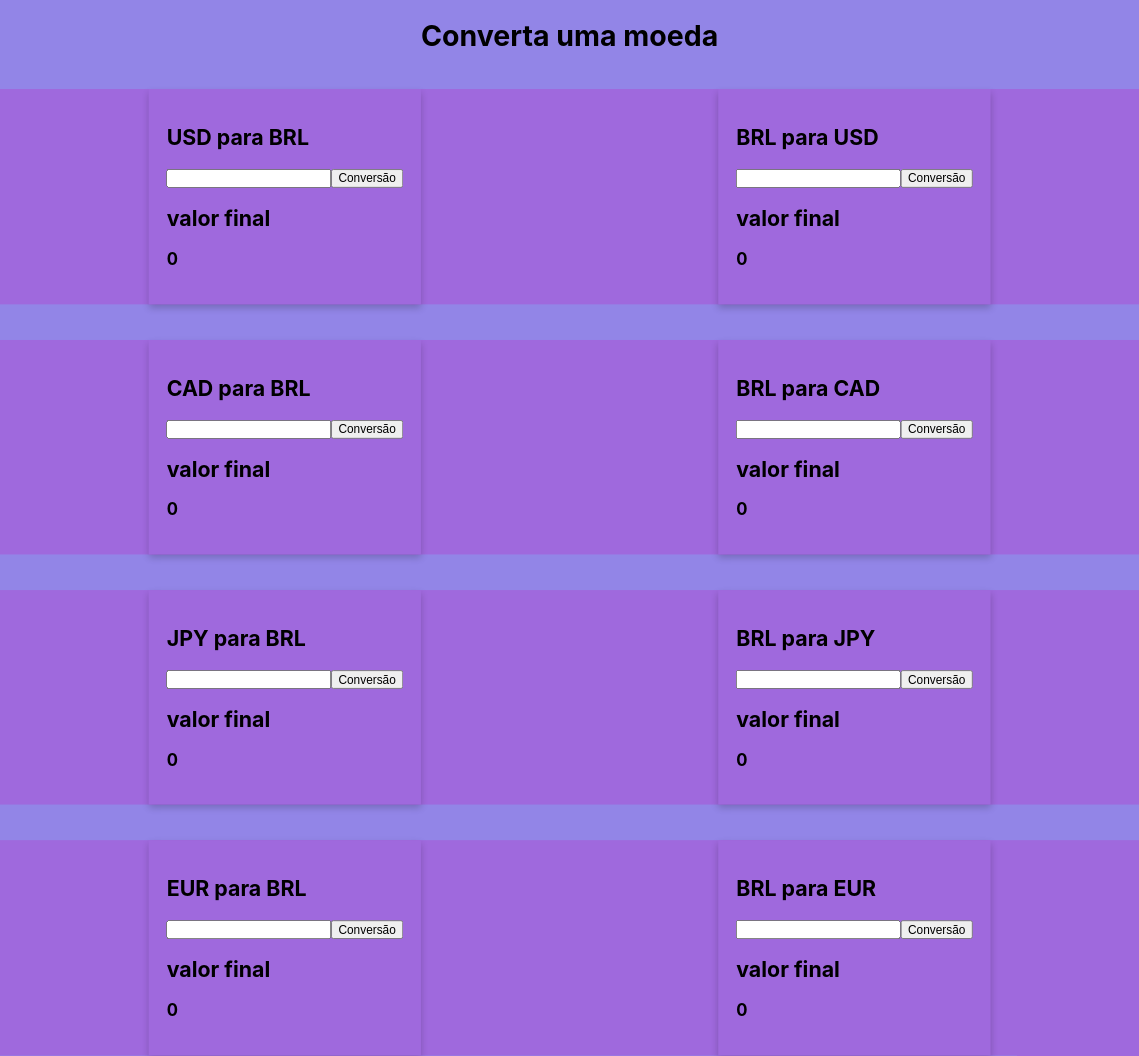
Repository: DeanLemosXD/Currency-converter
Page: /
These files come from the project's save history. The page is drawn as it stood at one moment and after the next save; the edit follows.
The browser window is 1280 px wide. The pictures show the whole page, at 89% of full size.
The project was rebuilt for these pictures with package versions that can differ from the ones it lists, and the page was loaded fresh each time.

Above is the page before, as saved 2021-10-19 18:26:42.

### src/index.css
body {
  margin: 0;
  font-family: -apple-system, BlinkMacSystemFont, 'Segoe UI', 'Roboto', 'Oxygen',
    'Ubuntu', 'Cantarell', 'Fira Sans', 'Droid Sans', 'Helvetica Neue',
    sans-serif;
  -webkit-font-smoothing: antialiased;
  -moz-osx-font-smoothing: grayscale;
  background-color:rgb(146, 133, 231)
}

code {
  font-family: source-code-pro, Menlo, Monaco, Consolas, 'Courier New',
    monospace;
}

### src/App.js
import './App.css';
import Conversor from './components/Conversor';

function App() {
  return (
    <div className="App">
      <h1>Converta uma moeda</h1>
      <div className="linha">
      <Conversor moedaA="USD" moedaB="BRL"></Conversor>
      <Conversor moedaA="BRL" moedaB="USD"></Conversor>
      </div>
      <div className="linha">
      <Conversor moedaA="CAD" moedaB="BRL"></Conversor>
      <Conversor moedaA="BRL" moedaB="CAD"></Conversor>
      </div>
      <div className="linha">
      <Conversor moedaA="JPY" moedaB="BRL"></Conversor>
      <Conversor moedaA="BRL" moedaB="JPY"></Conversor>
      </div>
      <div className="linha">
      <Conversor moedaA="EUR" moedaB="BRL"></Conversor>
      <Conversor moedaA="BRL" moedaB="EUR"></Conversor>
      </div>
    </div>
  );
}

export default App;

### src/App.css
.linha{
    display:flex;
    margin-top:  40px;
    justify-content: space-around;
    background-color:rgb(159, 105, 221)

}

h1{

    text-align: center;
}

.app{
    margin: auto;
    max-width: 900px;
}

### src/components/Conversor.js
import React, { Component } from 'react'
import './conversor.css'
export default class Conversor extends Component {

    // eslint-disable-next-line no-useless-constructor
    constructor(props){
        super(props);

        this.state = {
            moedaA_Valor:"",
            moedaB_Valor:0,

        }

        this.converter = this.converter.bind(this)
    }

    converter(){

        let de_para = `${this.props.moedaA}_${this.props.moedaB}`;
        let url = `http://free.currconv.com/api/v7/convert?q=${de_para}&compact=ultra&apiKey=0d7e32903cad9cf7460c`
        //console.log(url)
        fetch(url).then(res=>{
            return res.json()
        })
        .then(json=>{

            let cotacao = json[de_para];
            let moedaB_Valor = (parseFloat(this.state.moedaA_Valor) * cotacao).toFixed(2)
            this.setState({moedaB_Valor})
        })
    }
    render(){
        return (
            <div className="conversor">
                <h2>{this.props.moedaA} para {this.props.moedaB}</h2>
                <input type="text" onChange={(event)=>{this.setState({moedaA_Valor:event.target.value})}}></input>
                <input type="button" value="Conversão" onClick={this.converter}></input>
                <h2>valor final</h2>
                <h3>{this.state.moedaB_Valor}</h3>
            </div>
        )
    }
}

### src/components/conversor.css
.conversor{
        padding: 20px;
        max-width: 300px;
        box-shadow: 0 4px 8px 0 rgba(0, 0, 0, 0.2);
        background-color: rgb(159, 105, 221);
}

Loaded but not shown: public/index.html (common file); src/index.js (common file); src/reportWebVitals.js (common file)

After the next save:
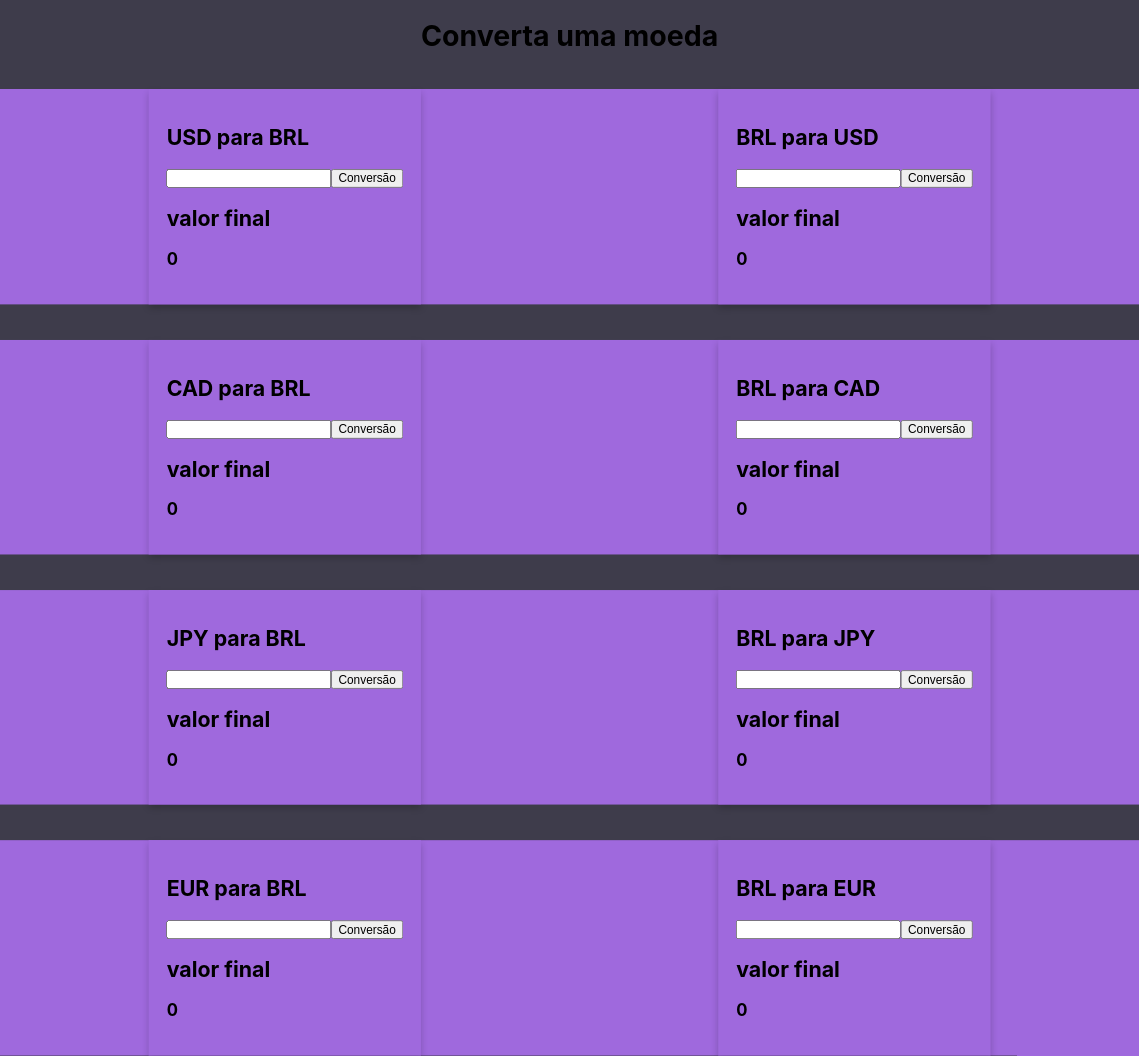
Saved 20 s later.
--- a/src/index.css
+++ b/src/index.css
@@ -5,7 +5,7 @@ body {
     sans-serif;
   -webkit-font-smoothing: antialiased;
   -moz-osx-font-smoothing: grayscale;
-  background-color:rgb(146, 133, 231)
+  background-color:rgb(62, 60, 75)
 }
 
 code {
